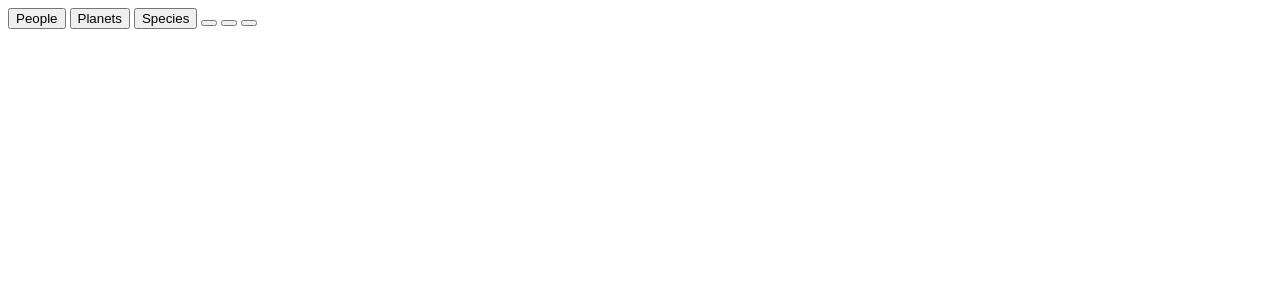
Repository: isiko1/ajax-test
Page: index.html
The author's editor kept a record of every edit. The page is drawn from the files as they stood at one moment, then again after the next edit.
The browser window is 1280 px wide. The pictures show the whole page.

Above is the page before.

After the next edit:
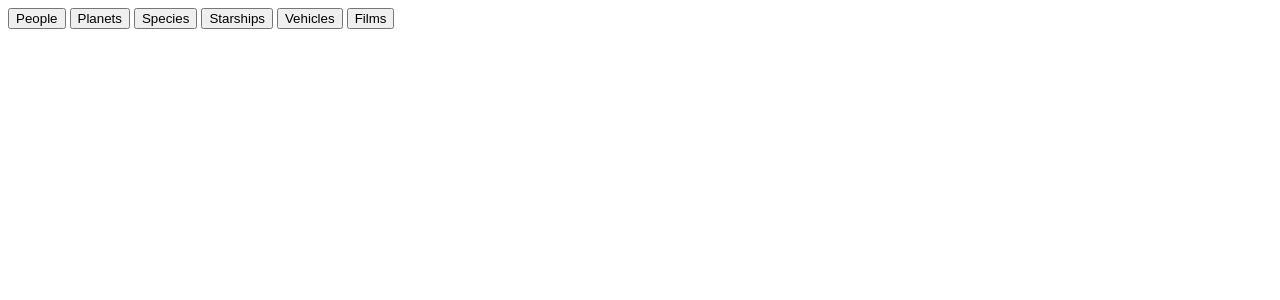
The edit:
--- a/index.html
+++ b/index.html
@@ -8,9 +8,9 @@
     <button onClick="writeToDocument('people')">People</button>
     <button onClick="writeToDocument('planets')">Planets</button>
     <button onClick="writeToDocument('species')">Species</button>
-    <button onClick="writeToDocument"></button>
-    <button onClick="writeToDocument"></button>
-    <button onClick="writeToDocument"></button>
+    <button onClick="writeToDocument('starships')">Starships</button>
+    <button onClick="writeToDocument('vehicles')">Vehicles</button>
+    <button onClick="writeToDocument('films')">Films</button>
 
     <div id="data"></div>
 </body>
